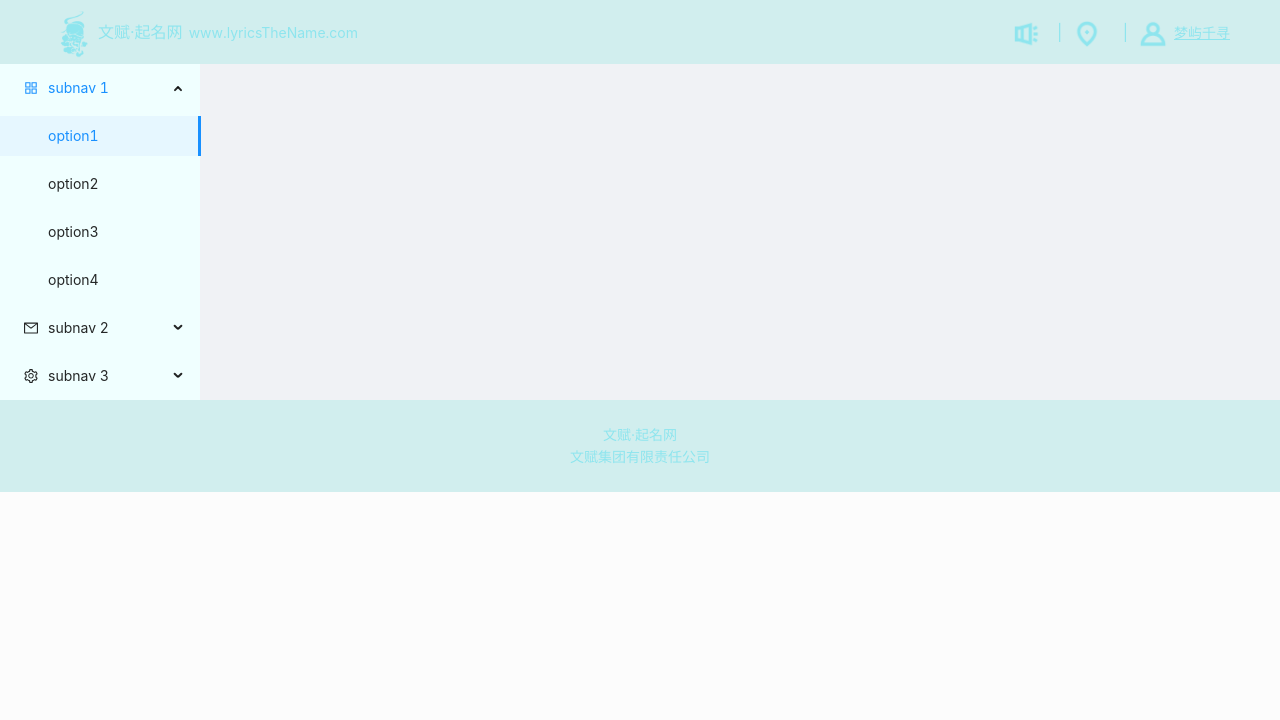
Repository: fangxueliang/react-redux-
Page: /
An editor plug-in stored every save of this project. The page is shown before and after the next save, followed by the edit.
The browser window is 1280 px wide. The pictures show the whole page.
The project was rebuilt for these pictures with package versions that can differ from the ones it lists, and the page was loaded fresh each time.

Above is the page before, as saved 2020-12-30 11:54:49.

### public/index.html
<!DOCTYPE html>
<html lang="en">
  <head>
    <meta charset="utf-8" />
    <meta name="theme-color" content="#000000" />
    <meta name="description" content="Web site created using create-react-app" />
    <title>React App</title>
  </head>
  <body>
    <div id="root"></div>
  </body>
</html>

### src/index.js
// 主入口文件
//主入口
import React from 'react';//引入react
import ReactDOM from 'react-dom';
import { Main } from './Pages';//引入Main文件

import 'antd/dist/antd.css'//antd样式
import './Common/CSS/layout.css'//布局样式
import './Common/CSS/common.css'

ReactDOM.render(
  <div className="main">
    <Main />
  </div>,
  document.getElementById('root')
);

### src/Pages/index.js
import React from 'react';
import { Layout } from 'antd'
import { MenuSider } from "./Menu/menu";
import { HeaderCommon } from "./Header/header";
import { FooterCommon } from "./Footer/footer";

const { Header, Footer, Content, Sider } = Layout
export const Main = () => {
    return (
        <Layout>
            <div className="Home_layout">
                {/* 头部header */}
                <div style={{ width: '100%', height: '20%' }}>
                    <Header> <HeaderCommon /> </Header>
                </div>
                <div style={{ width: '100%', height: '80%' }}>
                    <Layout>
                        {/* 左侧导航Sider */}
                        <Sider>
                            <MenuSider />
                        </Sider>
                        {/* 主要内容Content */}
                        <Content>  </Content>
                    </Layout>
                </div>

                {/* 底部footer */}
                <div style={{ width: '100%', height: '20%' }}> <Footer>
                    <FooterCommon />
                </Footer></div>

            </div>
        </Layout>
    );
}

### src/Common/CSS/layout.css
/* 布局样式  */
.Home_layout .ant-layout-header {
    background: #D1EEEE;
}

.Home_layout .ant-layout-footer {
    background: #D1EEEE;
}

.Home_layout .ant-layout-sider .ant-menu {
    background: #F0FFFF;
}

### src/Common/CSS/common.css
/* 公共样式 */
body {
    width: 100%;
    height: 100%;
    background: #FCFCFC;
}

.main {
    font-size: 16px;
}

### src/Pages/Menu/menu.js
// 左侧菜单
import React from 'react';
import { Menu } from 'antd';
import { AppstoreOutlined, MailOutlined, SettingOutlined } from '@ant-design/icons';

const { SubMenu } = Menu;

export const MenuSider = () => {


    return (
        <Menu
            mode="inline"
            defaultSelectedKeys={['1']}
            defaultOpenKeys={['sub1']}
            style={{ height: '100%', borderRight: 0 }}
        >
            <SubMenu key="sub1" icon={<AppstoreOutlined />} title="subnav 1">
                <Menu.Item key="1">option1</Menu.Item>
                <Menu.Item key="2">option2</Menu.Item>
                <Menu.Item key="3">option3</Menu.Item>
                <Menu.Item key="4">option4</Menu.Item>
            </SubMenu>
            <SubMenu key="sub2" icon={<MailOutlined />} title="subnav 2">
                <Menu.Item key="5">option5</Menu.Item>
                <Menu.Item key="6">option6</Menu.Item>
                <Menu.Item key="7">option7</Menu.Item>
                <Menu.Item key="8">option8</Menu.Item>
            </SubMenu>
            <SubMenu key="sub3" icon={<SettingOutlined />} title="subnav 3">
                <Menu.Item key="9">option9</Menu.Item>
                <Menu.Item key="10">option10</Menu.Item>
                <Menu.Item key="11">option11</Menu.Item>
                <Menu.Item key="12">option12</Menu.Item>
            </SubMenu>
        </Menu>
    )
}

### src/Pages/Header/header.js
// 头部
import React from 'react';
import logo from "../../Asset/img/logo.png";
import myImg from "../../Asset/img/我的.png";
import remindImg from "../../Asset/img/提醒.png";
import positioningImg from "../../Asset/img/定位.png";
import './header.css'

export const HeaderCommon = () => {
    return (
        <div className="header">
            <div className="header_item">
                <img src={logo} className="logo" alt="蓝龙" />
                <span className="logo_title">文赋·起名网</span>
                <a className="logo_URL" href="/">www.lyricsTheName.com</a>
            </div>
            <div className="header_item"></div>
            <div className="header_item header_item_right">
                <span>
                    <img src={remindImg} alt="我的" />
                </span>
                <span className="header_separated">|</span>
                <span>
                    <img src={positioningImg} alt="我的" />
                </span>
                <span className="header_separated"> |</span>
                <span>
                    <img src={myImg} alt="我的" />
                    <span className="header_myName">梦屿千寻</span>
                </span>
            </div>
        </div>
    )
}

### src/Pages/Footer/footer.js
// 头部
import React from 'react';
import './footer.css'

export const FooterCommon = () => {
    return (
        <div className="footer">
            <div>文赋·起名网</div>
            <div>文赋集团有限责任公司</div>
        </div>
    )
}

### src/Pages/Header/header.css
.header {
    display: flex;
    width: 100%;
    height: 100%;
    justify-content: space-between;
}

.header .header_item {
    display: inline-block;
}

.header .header_item .logo {
    width: 48px;
    height: 48px;
}

.header .header_item_right {
    color: #8ee5ee
}

.header .header_item_right img {
    width: 30px;
    height: 30px;
    margin-right: 6px;
}

.header .header_item_right .header_separated {
    margin: 0 10px
}

.header .logo_title {
    color: #8ee5ee
}

.header .logo_URL {
    margin-left: 6px;
    color: #8ee5ee;
    font-size: 14px;
}

.header .header_myName {
    font-size: 14px;
    text-decoration: underline;
}

### src/Pages/Footer/footer.css
.footer {
    text-align: center;
}

.footer div {
    color: #8ee5ee
}

After the next save:
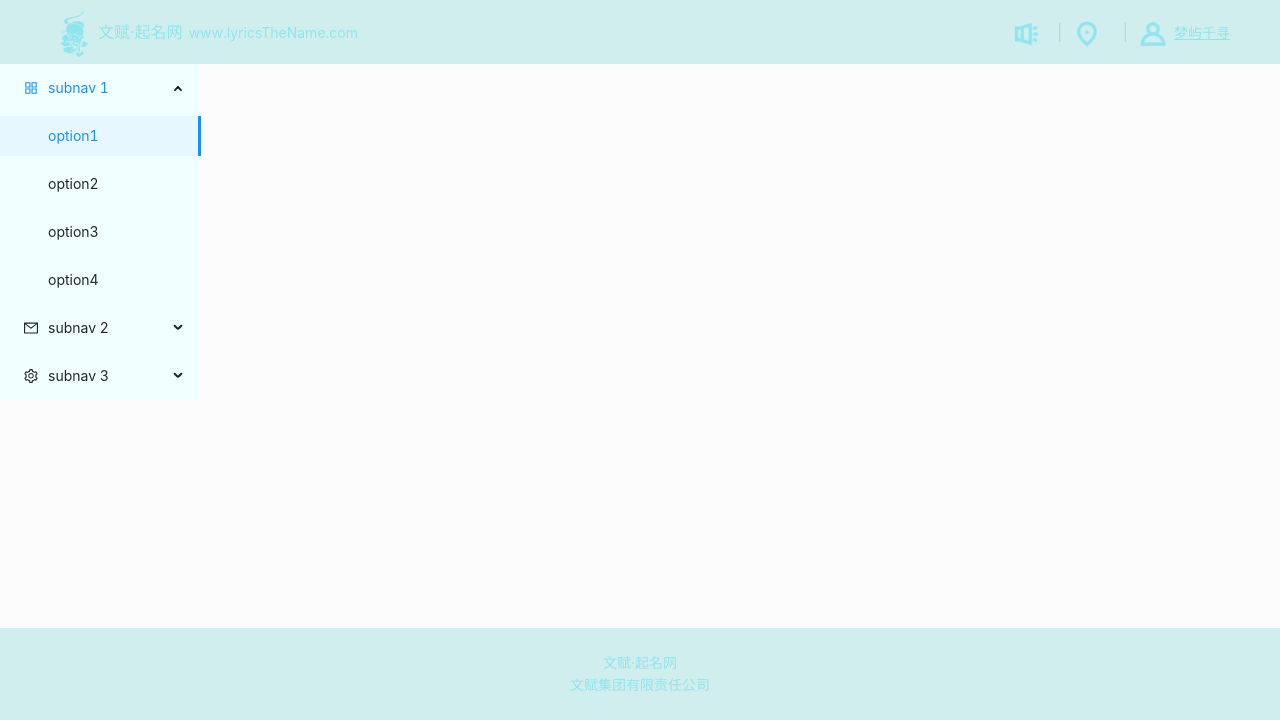
Saved 31 s later.
--- a/src/Common/CSS/layout.css
+++ b/src/Common/CSS/layout.css
@@ -4,9 +4,17 @@
 }
 
 .Home_layout .ant-layout-footer {
+    position: fixed;
+    bottom: 0;
+    width: 100%;
     background: #D1EEEE;
 }
 
+.Home_layout .ant-layout-content {
+    background: #FCFCFC;
+}
+
 .Home_layout .ant-layout-sider .ant-menu {
+    height: 100%;
     background: #F0FFFF;
 }
